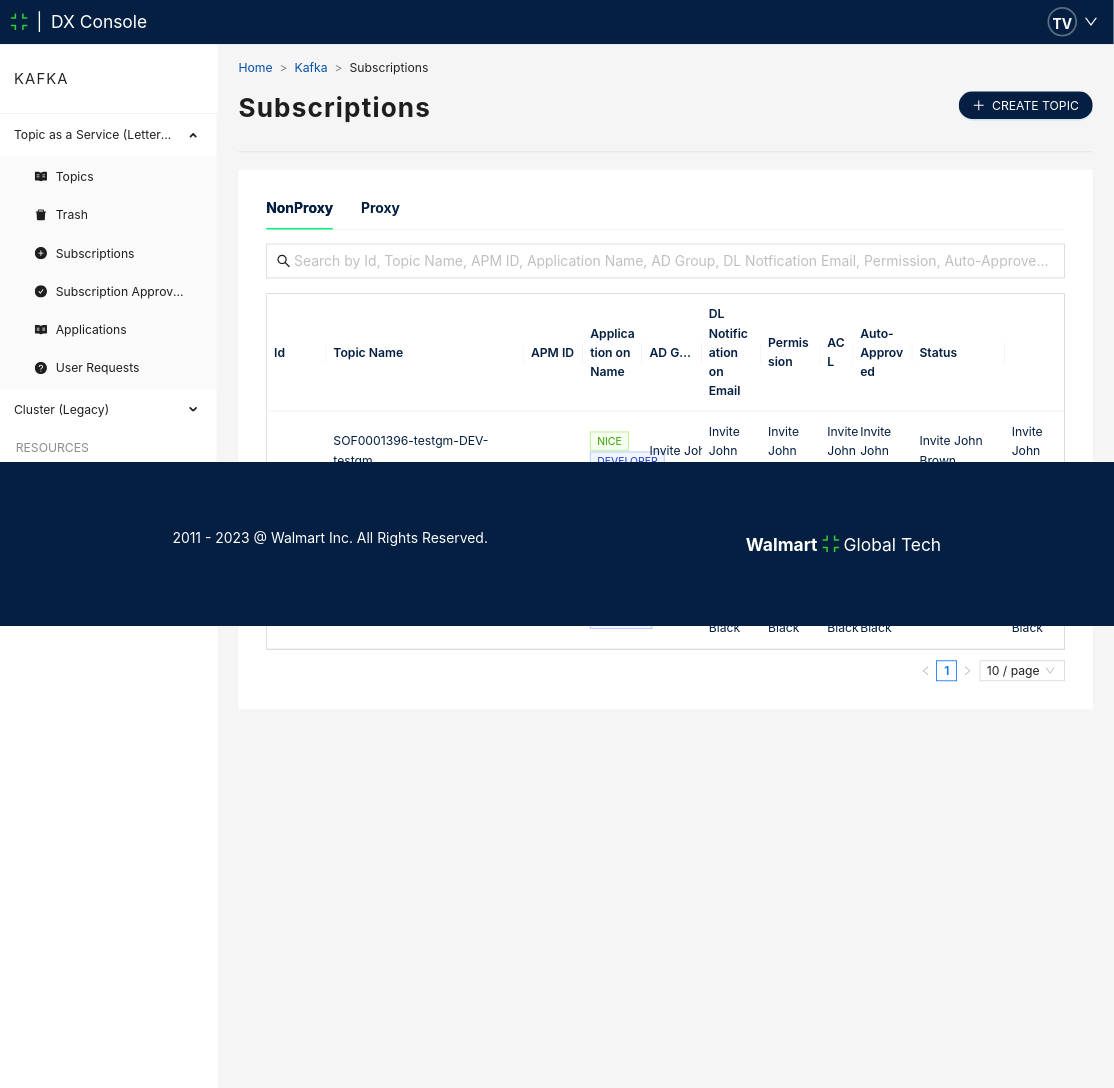
Repository: Qianying-Chai/kafka
Page: /kafka/subscriptions_active_tab=nonProxy
The author's editor kept a copy of each file at every save. The page is drawn from the files as they stood at one save, then again after the next save.
The browser window is 1280 px wide. The pictures show the whole page, at 87% of full size.
The project was rebuilt for these pictures with package versions that can differ from the ones it lists, and the page was loaded fresh each time. Also part of the build but not shown: src/pages/Taas/Topics/Topics.jsx, src/pages/Components/Style/SelectTitle.css, src/pages/Components/SelectTitle.jsx, src/pages/Taas/Topics/Style/DetailsForm.css, src/pages/Taas/Topics/CreateTopics/Form/DetailsForm.jsx, src/pages/Components/ComponentsDivider.jsx, src/pages/Taas/Topics/Style/CreateTopic.css, src/pages/Taas/Topics/CreateTopics/CreateTopic.jsx and 16 more.

Above is the page before, as saved 2024-01-15 19:50:04.

After the next save:
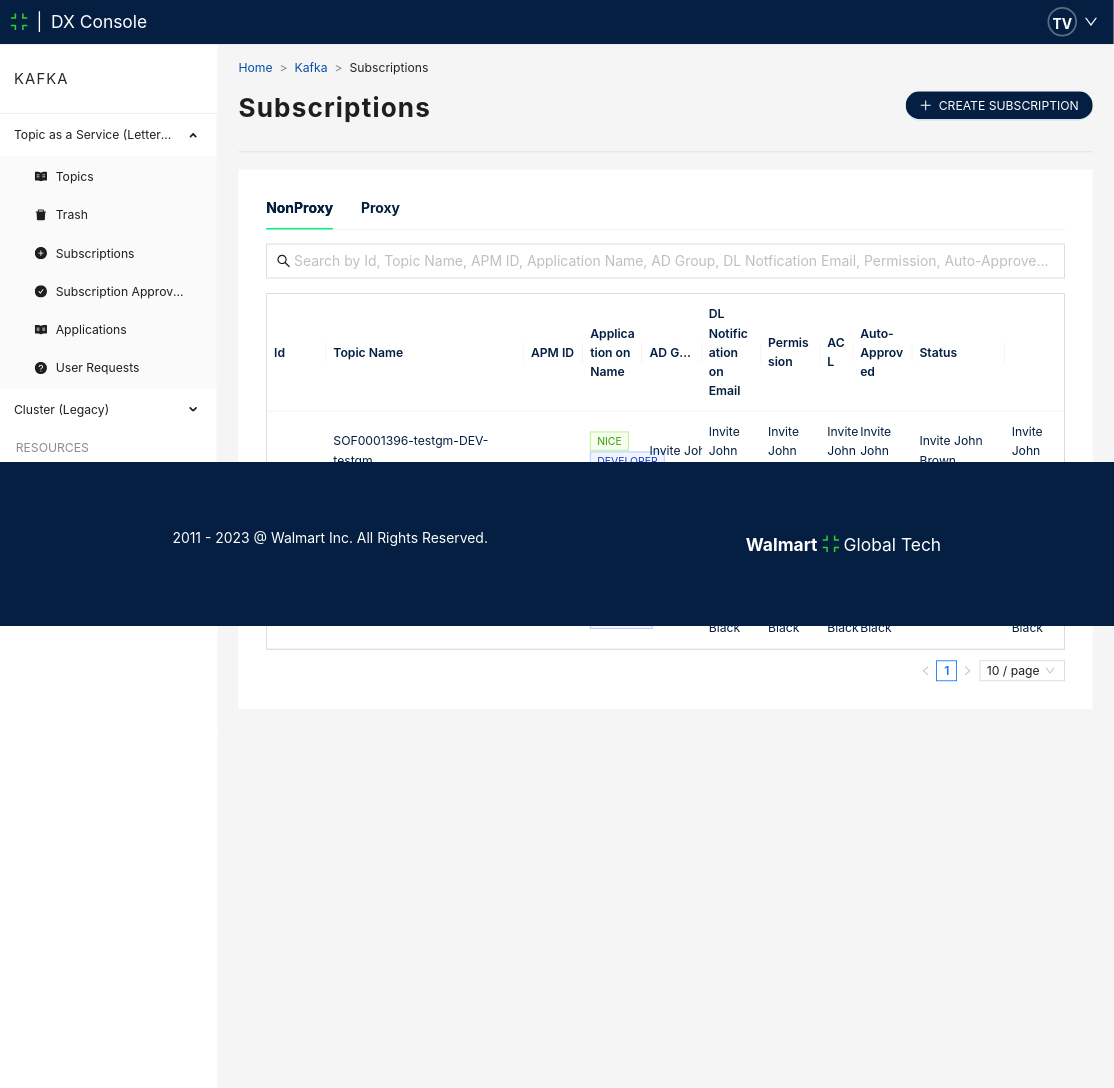
Saved 2 min 7 s later.
--- a/src/pages/Taas/Subscriptions/SubscriptionsNonProxy/SubscriptionsNonProxy.jsx
+++ b/src/pages/Taas/Subscriptions/SubscriptionsNonProxy/SubscriptionsNonProxy.jsx
@@ -235,7 +235,7 @@
               to={`/kafka/${categoryConstants.SUBSCRIPTIONS.toLowerCase()}_active_tab=nonProxy/create-non-proxy`}
             >
               <PlusOutlined style={{ marginRight: "8px" }} />
-              {categoryConstants.CREATE_TOPIC.toUpperCase()}
+              {categoryConstants.CREATE_SUBSCRIPTION.toUpperCase()}
             </Link>
           </Button>
         </div>
